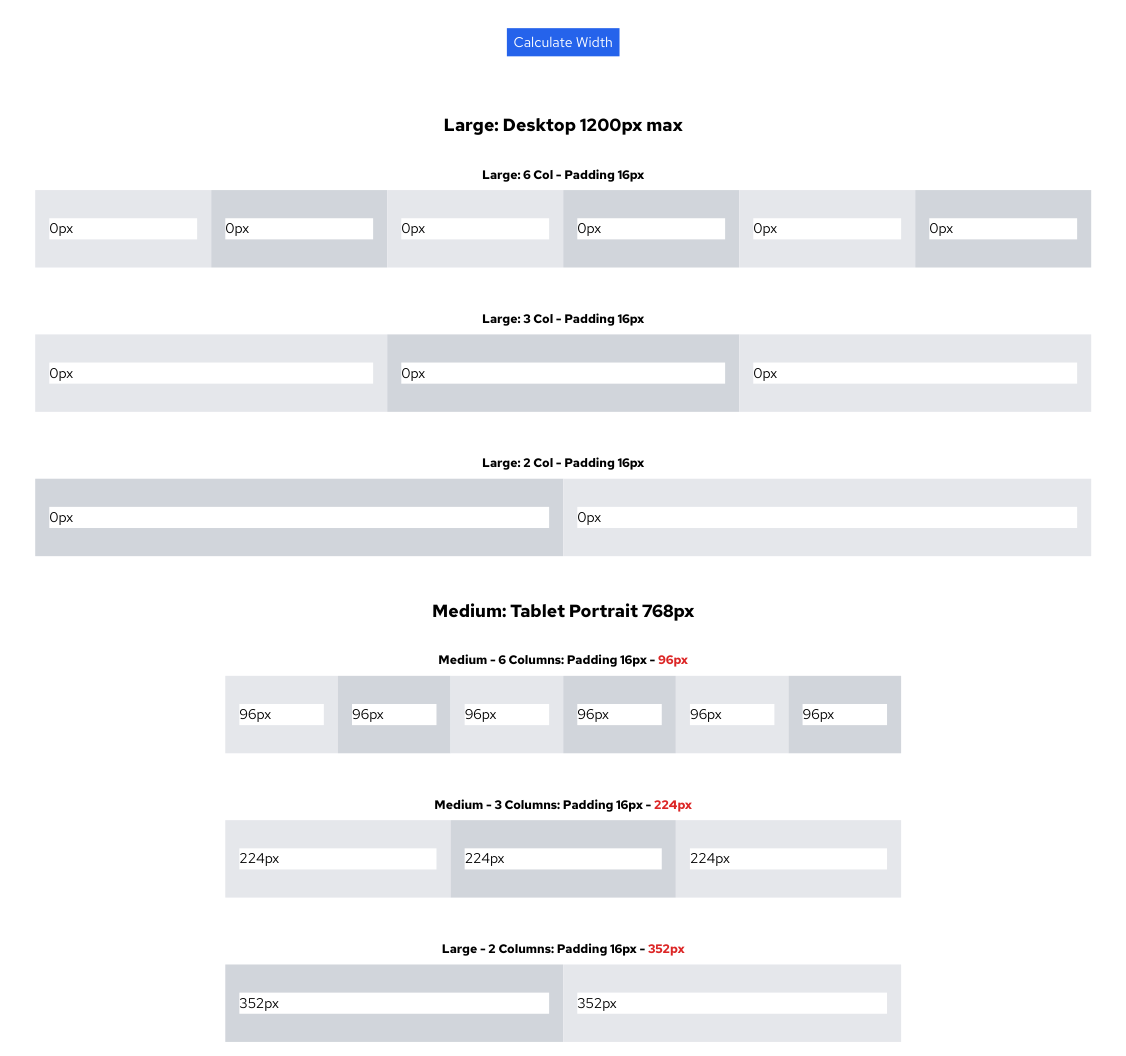
Repository: fabianwurk/vue-tailwind
Page: /
An editor plug-in stored every save of this project. The page is shown before and after the next save, followed by the edit.
The browser window is 1280 px wide. The pictures show the whole page, at 88% of full size.
The project was rebuilt for these pictures with package versions that can differ from the ones it lists, and the page was loaded fresh each time. Also part of the build but not shown: vite.config.js.

Above is the page before, as saved 2021-03-16 22:11:06.

### index.html
<!DOCTYPE html>
<html lang="en">
  <head>
    <link rel="preconnect" href="https://fonts.gstatic.com">
<link href="https://fonts.googleapis.com/css2?family=Red+Hat+Text:wght@400;700&display=swap" rel="stylesheet">
    <meta charset="UTF-8" />
    <link rel="icon" href="/favicon.ico" />
    <meta name="viewport" content="width=device-width, initial-scale=1.0" />
    <title>Vite App</title>
  </head>
  <body>
    <div id="app"></div>
    <script type="module" src="/src/main.js"></script>
  </body>
</html>

### src/App.vue
<template>
  <Large />
  <Medium />
</template>

<script setup>
import Large from './components/Large.vue';
import Medium from './components/Medium.vue';

</script>

### src/index.css
/* ./src/index.css */
@tailwind base;

body {
  font-family: 'Red Hat Text', sans-serif;
}
@tailwind components;
@tailwind utilities;

### src/components/Large.vue
<template>
  <div>
  <div class="flex justify-center">
    <button class="bg-blue-600 text-white px-2 py-1 my-8" @click="calculateWidth()">Calculate Width</button>
  </div>
  <h1 class="text-xl font-bold mb-2 mt-8 text-center">Large: Desktop 1200px max</h1>
  <div class="container mx-auto">
    <h2 class="text-sm font-bold mb-2 mt-8 text-center">Large: 6 Col - Padding 16px</h2>
    <div class="flex items-center">
      <div class="w-1/6 bg-gray-200 mb-4 mt-0 py-8 px-4">
        <span class="bg-white w-full block" ref="app6">{{width6}}px</span>
      </div>
      <div class="w-1/6 bg-gray-300 mb-4 mt-0 py-8 px-4">
        <span class="bg-white w-full block" ref="app6">{{width6}}px</span>
      </div>
      <div class="w-1/6 bg-gray-200 mb-4 mt-0 py-8 px-4">
        <span class="bg-white w-full block" ref="app6">{{width6}}px</span>
      </div>
      <div class="w-1/6 bg-gray-300 mb-4 mt-0 py-8 px-4">
        <span class="bg-white w-full block" ref="app6">{{width6}}px</span>
      </div>
      <div class="w-1/6 bg-gray-200 mb-4 mt-0 py-8 px-4">
        <span class="bg-white w-full block" ref="app6">{{width6}}px</span>
      </div>
      <div class="w-1/6 bg-gray-300 mb-4 mt-0 py-8 px-4">
        <span class="bg-white w-full block" ref="app6">{{width6}}px</span>
      </div>
    </div>
  </div>

  <div class="container mx-auto">
    <h2 class="text-sm font-bold mb-2 mt-8 text-center">Large: 3 Col - Padding 16px</h2>
    <div class="flex items-center">
      <div class="w-1/3 bg-gray-200 mb-4 mt-0 py-8 px-4">
        <span class="bg-white w-full block" ref="app3">{{width3}}px</span>
      </div>
      <div class="w-1/3 bg-gray-300 mb-4 mt-0 py-8 px-4">
        <span class="bg-white w-full block" ref="app3">{{width3}}px</span>
      </div>
      <div class="w-1/3 bg-gray-200 mb-4 mt-0 py-8 px-4">
        <span class="bg-white w-full block" ref="app3">{{width3}}px</span>
      </div>
    </div>
  </div>

  <div class="container mx-auto">
    <h2 class="text-sm font-bold mb-2 mt-8 text-center">Large: 2 Col - Padding 16px</h2>
    <div class="flex items-center">
      <div class="w-1/2 bg-gray-300 mb-4 mt-0 py-8 px-4">
        <span class="bg-white w-full block" ref="app2">{{width2}}px</span>
      </div>
      <div class="w-1/2 bg-gray-200 mb-4 mt-0 py-8 px-4">
        <span class="bg-white w-full block" ref="app2">{{width2}}px</span>
      </div>
    </div>
  </div>

  </div>
</template>

<script>
export default {
  data() {
    return {
      width6: 0,
      width3: 0,
      width2: 0,
    };
  },
  methods: {
    calculateWidth() {
      this.width6 = this.$refs.app6.clientWidth;
      this.width3 = this.$refs.app3.clientWidth;
      this.width2 = this.$refs.app2.clientWidth;
    }
  }
}
</script>

### src/components/Medium.vue
<template>
  <div>
  <h1 class="text-xl font-bold mb-2 mt-8 text-center">Medium: Tablet Portrait 768px</h1>
  <div class="max-w-3xl mx-auto">
    <h2 class="text-sm font-bold mb-2 mt-8 text-center">Medium - 6 Columns: Padding 16px - <span class="text-red-600">{{ sixColMd }}</span></h2>
    <div class="flex items-center">
      <div class="w-1/6 bg-gray-200 mb-4 mt-0 py-8 px-4">
        <span class="bg-white w-full block">{{ sixColMd }}</span>
      </div>
      <div class="w-1/6 bg-gray-300 mb-4 mt-0 py-8 px-4">
        <span class="bg-white w-full block">{{ sixColMd }}</span>
      </div>
      <div class="w-1/6 bg-gray-200 mb-4 mt-0 py-8 px-4">
        <span class="bg-white w-full block">{{ sixColMd }}</span>
      </div>
      <div class="w-1/6 bg-gray-300 mb-4 mt-0 py-8 px-4">
        <span class="bg-white w-full block">{{ sixColMd }}</span>
      </div>
      <div class="w-1/6 bg-gray-200 mb-4 mt-0 py-8 px-4">
        <span class="bg-white w-full block">{{ sixColMd }}</span>
      </div>
      <div class="w-1/6 bg-gray-300 mb-4 mt-0 py-8 px-4">
        <span class="bg-white w-full block">{{ sixColMd }}</span>
      </div>
    </div>
  </div>

  <div class="max-w-3xl mx-auto">
    <h2 class="text-sm font-bold mb-2 mt-8 text-center">Medium - 3 Columns: Padding 16px - <span class="text-red-600">{{ threeColMd }}</span></h2>
    <div class="flex items-center">
      <div class="w-1/3 bg-gray-200 mb-4 mt-0 py-8 px-4">
        <span class="bg-white w-full block">{{ threeColMd }}</span>
      </div>
      <div class="w-1/3 bg-gray-300 mb-4 mt-0 py-8 px-4">
        <span class="bg-white w-full block">{{ threeColMd }}</span>
      </div>
      <div class="w-1/3 bg-gray-200 mb-4 mt-0 py-8 px-4">
        <span class="bg-white w-full block">{{ threeColMd }}</span>
      </div>
    </div>
  </div>

  <div class="max-w-3xl mx-auto">
    <h2 class="text-sm font-bold mb-2 mt-8 text-center">Large - 2 Columns: Padding 16px - <span class="text-red-600">{{ twoColMd }}</span></h2>
    <div class="flex items-center">
      <div class="w-1/2 bg-gray-300 mb-4 mt-0 py-8 px-4">
        <span class="bg-white w-full block">{{ twoColMd }}</span>
      </div>
      <div class="w-1/2 bg-gray-200 mb-4 mt-0 py-8 px-4">
        <span class="bg-white w-full block">{{ twoColMd }}</span>
      </div>
    </div>
  </div>

  </div>
</template>

<script>
export default {
  data() {
    return {
      sixColMd: "96px",
      threeColMd: "224px",
      twoColMd: "352px",
    };
  },
}
</script>

### tailwind.config.js
module.exports = {
  purge: ['./index.html', './src/**/*.{vue,js,ts,jsx,tsx}'],
  darkMode: false, // or 'media' or 'class'
  theme: {
    extend: {
      container: {
        'md': {'max': '768px'},
      },
      screens: {
        'xl': {'min': '1200px', 'max': '1280px'},
        '2xl': {'max': '1280px'},
      },
    },
  },
  variants: {
    extend: {},
  },
  plugins: [],
}

Loaded but not shown: src/main.js (common file)

After the next save:
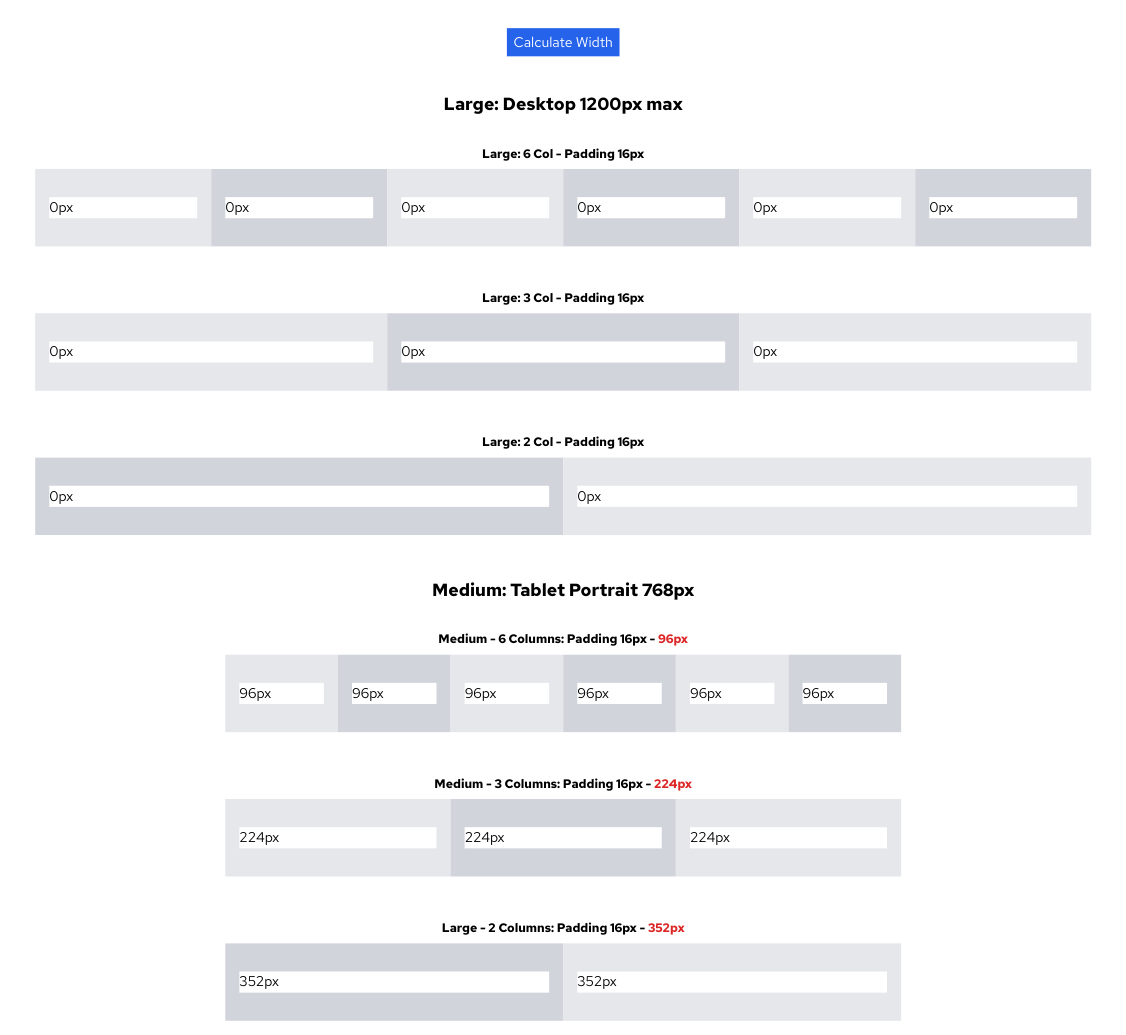
Saved 16 s later.
--- a/src/components/Large.vue
+++ b/src/components/Large.vue
@@ -1,7 +1,7 @@
 <template>
   <div>
   <div class="flex justify-center">
-    <button class="bg-blue-600 text-white px-2 py-1 my-8" @click="calculateWidth()">Calculate Width</button>
+    <button class="bg-blue-600 text-white px-2 py-1 mt-8 mb-2" @click="calculateWidth()">Calculate Width</button>
   </div>
   <h1 class="text-xl font-bold mb-2 mt-8 text-center">Large: Desktop 1200px max</h1>
   <div class="container mx-auto">
